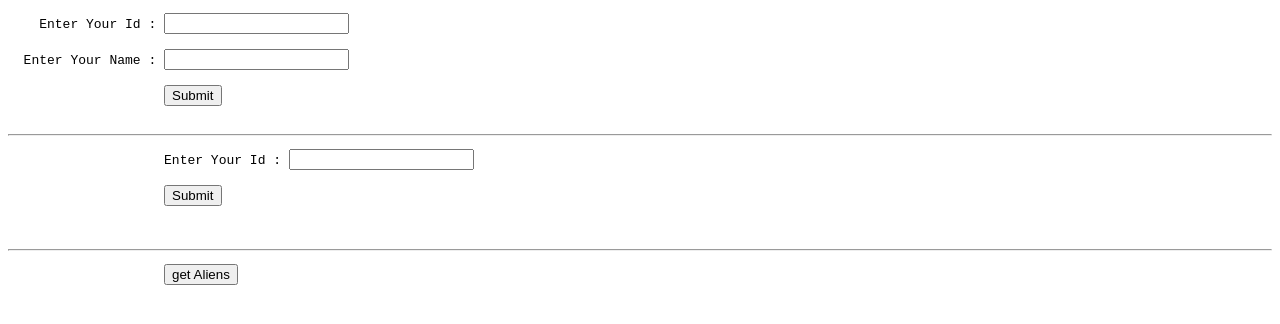
Repository: albelsingh/Spring-boot
Page: http://localhost/SpringMVC/views/index.jsp
An editor plug-in stored every save of this project. The page is shown before and after the next save, followed by the edit.
The browser window is 1280 px wide. The pictures show the whole page.
The page is served by Tomcat 9. Other server files are loaded and not shown.

Above is the page before, as saved 2020-06-19 14:30:23.

### SpringMVC/src/main/webapp/views/index.jsp
<%@ page language="java" contentType="text/html; charset=ISO-8859-1"
    pageEncoding="ISO-8859-1" isELIgnored="false"%>
<!DOCTYPE html>
<html>
<head>
<meta charset="ISO-8859-1">
<title>Insert title here</title>
</head>
<body>

  <form action="addAlien">
  <pre>
    Enter Your Id : <input type="text" name="aid"><br>
  Enter Your Name : <input type="text" name="aname"><br>
                    <input type="submit" value="Submit">
  </pre>
  <hr>
  </form>
  <form action="getAlien" method="GET">
  <pre>
                    Enter Your Id : <input type="text" name="aid"><br>
                    <input type="submit" value="Submit"><br>
  </pre>
  </form>
  <hr>
  </form>
  <form action="getAliens" method="GET">
  <pre>
                    <input type="submit" name="b1" value="get Aliens"><br>
  </pre>
  </form>
</body>
</html>

After the next save:
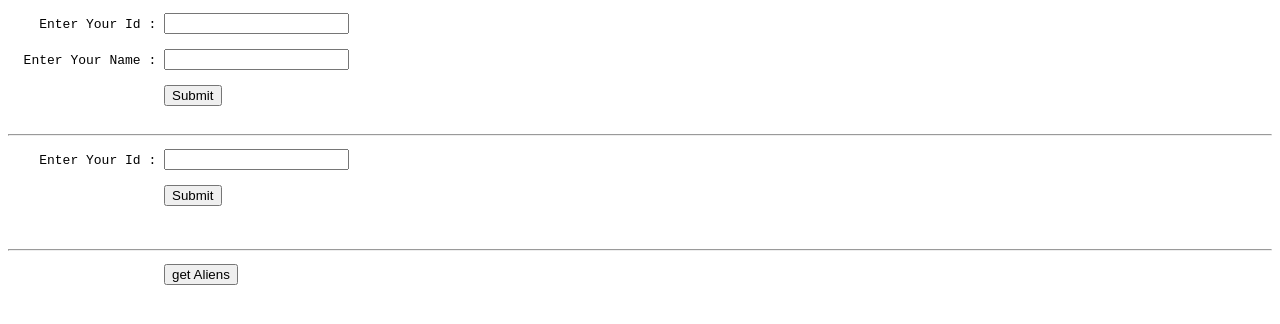
Saved 24 s later.
--- a/SpringMVC/src/main/webapp/views/index.jsp
+++ b/SpringMVC/src/main/webapp/views/index.jsp
@@ -18,7 +18,7 @@
   </form>
   <form action="getAlien" method="GET">
   <pre>
-                    Enter Your Id : <input type="text" name="aid"><br>
+    Enter Your Id : <input type="text" name="aid"><br>
                     <input type="submit" value="Submit"><br>
   </pre>
   </form>
